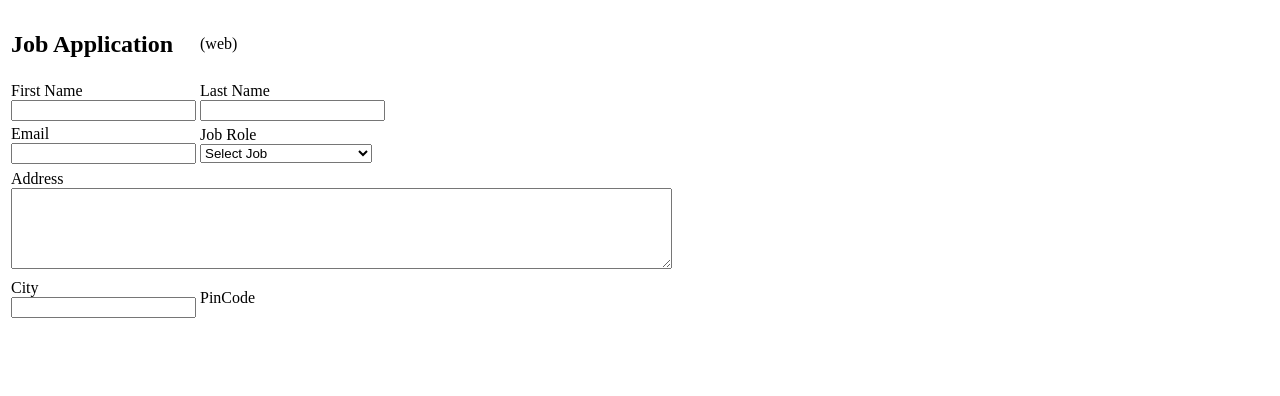
Repository: diensy/JOB-APPLICATION
Page: index.html
An editor plug-in stored every save of this project. The page is shown before and after the next save, followed by the edit.
The browser window is 1280 px wide. The pictures show the whole page.

Above is the page before, as saved 2024-02-27 00:39:36.

### index.html
<!DOCTYPE html>
<html lang="en">
  <head>
    <meta charset="UTF-8" />
    <meta name="viewport" content="width=device-width, initial-scale=1.0" />
    <title>Job Application</title>
  </head>
  <body>
    <form action="">
      <table>
        <tr>
          <td>
            <h2>Job Application</h2>
          </td>
          <td><p>(web)</p></td>
        </tr>
        <tr>
          <td>
            <label for="firstname" id="first">First Name</label>
            <br />
            <input type="text" id="first" />
          </td>
          <td>
            <label for="Lastname" id="last">Last Name</label>
            <br />
            <input type="text" id="last" />
          </td>
        </tr>
        <tr>
          <td>
            <label for="Email" id="Email">Email</label>
            <br />
            <input type="text" id="Email" />
          </td>
          <td>
            <label for="JobRole" id="Job">Job Role</label>
            <br />
            <select name="JobRole" id="Job">
              <option value="Select Job">Select Job</option>
              <option value="JAVA">JAVA DEVELOPER</option>
              <option value="WEB">WEB DEVELOPER</option>
              <option value="BACKEND">BACKEND DEVELOPER</option>
              <option value="MERN DEVELOPER">MERN DEVELOPER</option>
            </select>
          </td>
        </tr>
      </table>
      <table>
        <tr>
          <td>
            <label for="Address" id="address">Address</label>
            <br />
            <textarea name="Address" id="address" cols="80" rows="5"></textarea>
          </td>
        </tr>
      </table>
      <table>
        <tr>
          <td>
            <label for="city" id="city">City</label>
            <br />
            <input type="text" />
          </td>
          <td><label for="pin" id="pin">PinCode</label></td>
          <td></td>
          <td></td>
        </tr>
      </table>
    </form>
  </body>
</html>

After the next save:
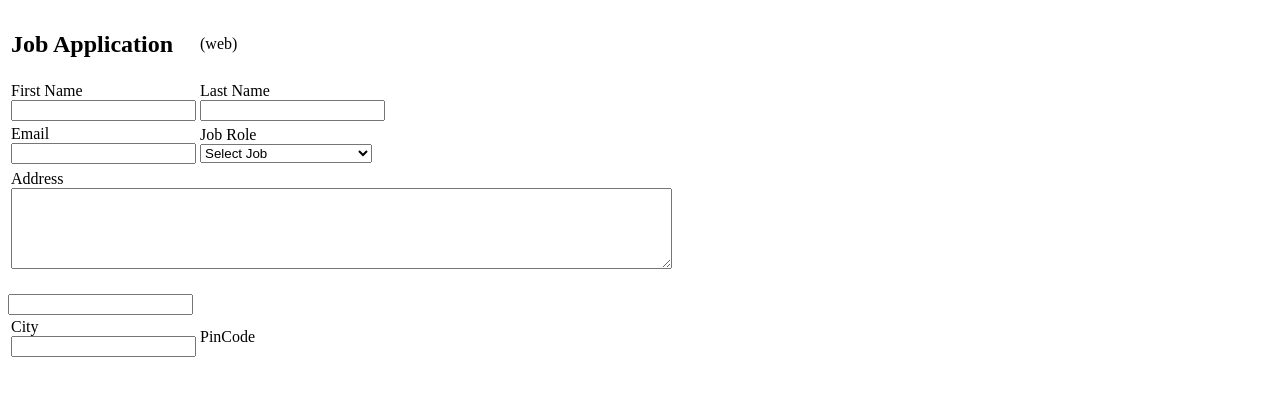
Saved 30 s later.
--- a/index.html
+++ b/index.html
@@ -62,6 +62,8 @@
             <input type="text" />
           </td>
           <td><label for="pin" id="pin">PinCode</label></td>
+          <br />
+          <input type="text" id="pin" />
           <td></td>
           <td></td>
         </tr>
